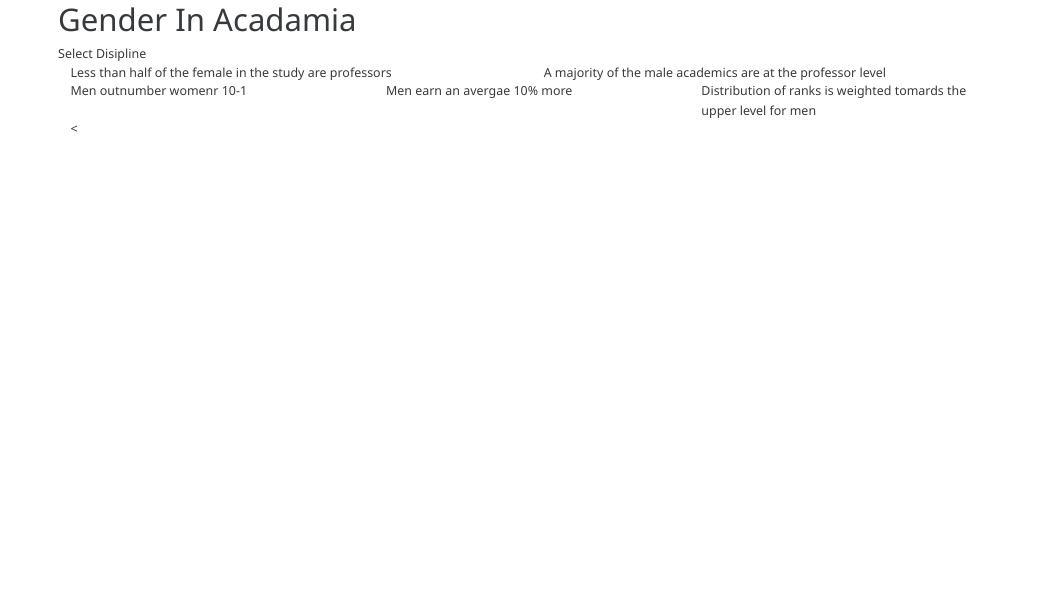
Repository: Angie55/dashboard-mini-project
Page: index.html
The author's editor kept a record of every edit. The page is drawn from the files as they stood at one moment, then again after the next edit.
The browser window is 1280 px wide. The pictures show the whole page, at 83% of full size.

Above is the page before.
Console error: ReferenceError: eDim is not defined

After the next edit:
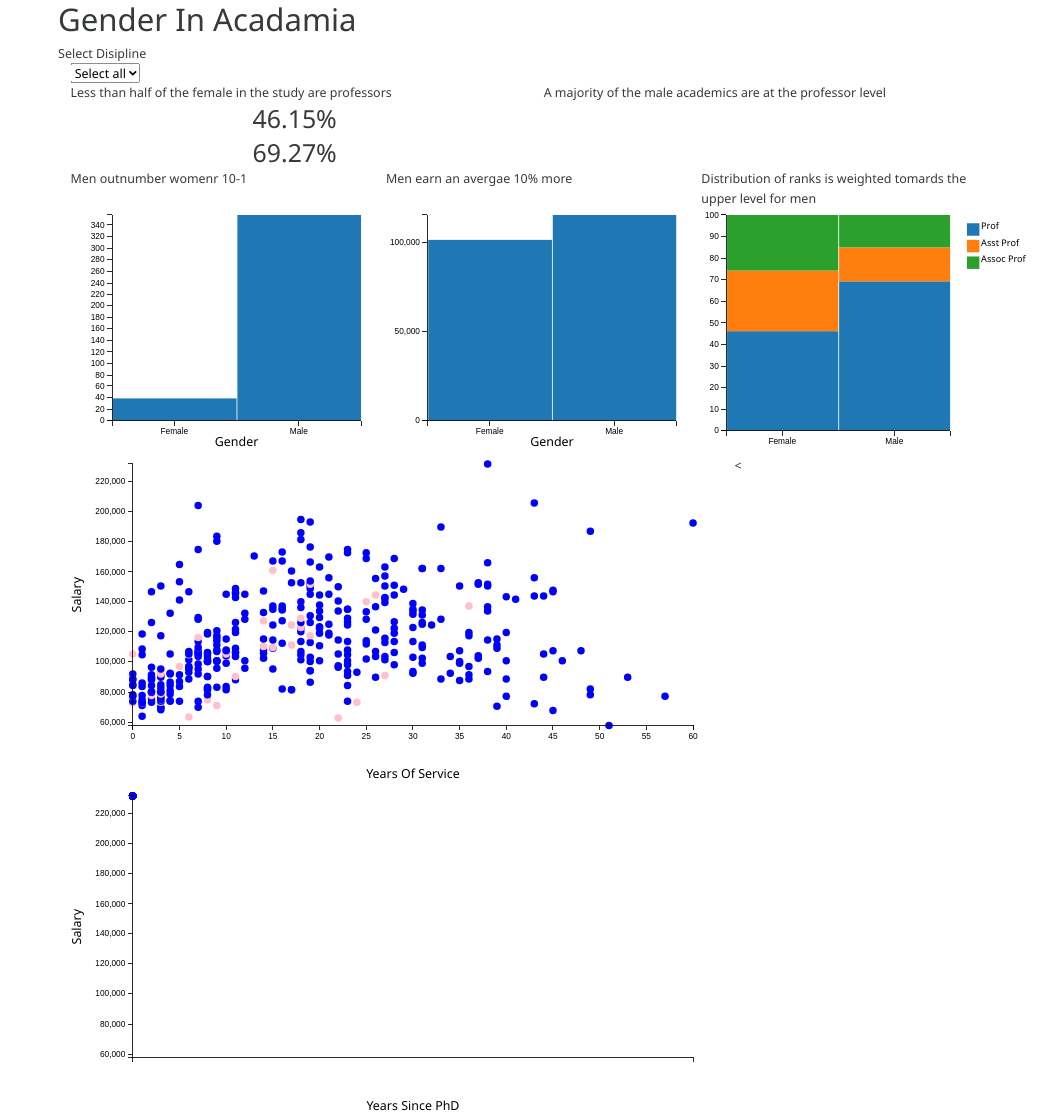
The error is gone.
The edit:
--- a/static/js/graph.js
+++ b/static/js/graph.js
@@ -235,8 +235,8 @@
     });
     var phdSalaryGroup = phdDim.group();
 
-    var minExperience = pDim.bottom(1)[0].yrs_since_phd;
-    var maxExperience = eDim.top(1)[0].yrs_since_phd;
+    var minPhd = pDim.bottom(1)[0].yrs_since_phd;
+    var maxPhd = pDim.top(1)[0].yrs_since_phd;
 
     dc.scatterPlot("#phd-salary")
         .width(800)
